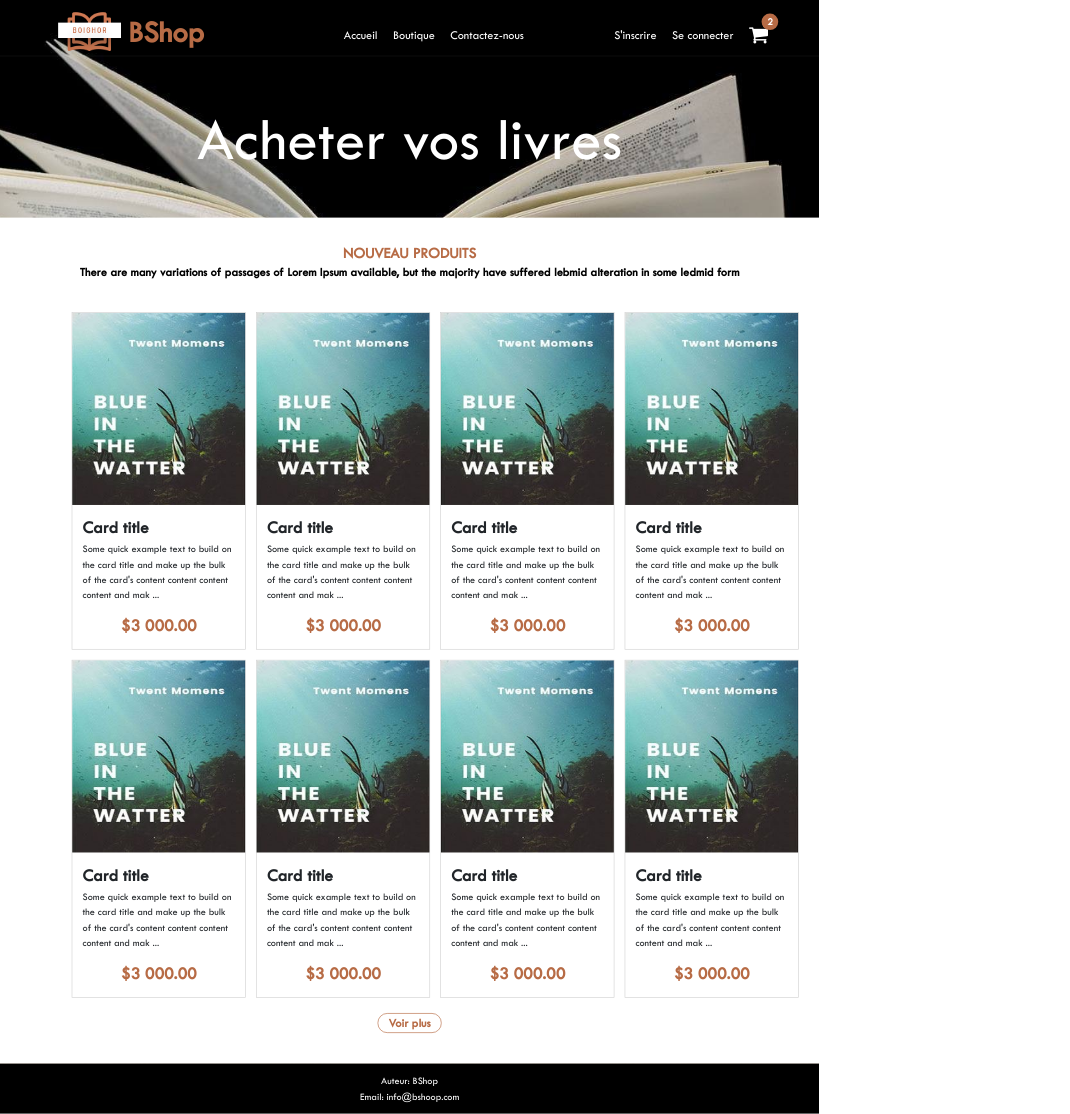
Repository: padevft/e-commerce-php
Page: http://localhost/server/pages/shop.php
These files come from the project's save history. The page is drawn as it stood at one moment and after the next save; the edit follows.
The browser window is 1280 px wide. The page is 1280 px wide, then 1672 px, so the pictures cover 1672 px, including what lies to the right of the window. The pictures show the whole page, at 64% of full size.
The page is run by PHP 8.4 with error messages shown; the project is at /var/www/html/.

Above is the page before, as saved 2023-09-18 10:56:45.

### server/pages/shop.php
<?php
require_once('../includes/utilitaires.inc.php');
?>
<!DOCTYPE html>
<html lang="en">

<head>
  <meta charset="UTF-8" />
  <meta name="viewport" content="width=device-width, initial-scale=1.0" />
  <title>Boutique en ligne</title>
  <link rel="stylesheet" href="../../client/css/styles.css">
  <link rel="stylesheet" href="../../client/utilitaires/bootstrap/css/bootstrap.min.css">
  <link rel="stylesheet" href="../../client/utilitaires/font-awesome-4.7.0/css/font-awesome.min.css">

</head>

<body>
  <div class="container-app">
    <?php
    require_once('../includes/header.inc.php');
    ?>
    <main>
      <div class="d-flex align-items-center justify-content-center pt-5 container-intro">
        <span class="text-intro">
          Acheter vos livres
        </span>
      </div>
      <div class="container-products">
        <div class="d-flex flex-column align-items-center justify-content-center gap-2">
          <span class="text-intro-1"> NOUVEAU PRODUITS</span>
          <span class="text-intro-2">There are many variations of passages of Lorem Ipsum available, but the majority have suffered lebmid alteration in some ledmid form
          </span>
        </div>
        <?php
        $products = getProducts();
        ?>
        <div class="content-products">
          <div class="grid-products">
            <?php foreach ($products as $product) : ?>
              <?= getHtmlProucut($product) ?>
            <?php endforeach; ?>
          </div>
        </div>
        <div class="d-flex align-items-center justify-content-center pt-4">
          <a href="./index.php" class="view-plus px-3">Voir plus</a>
        </div>
      </div>
  </div>
  </main>
  <?php
  require_once('../includes/footer.inc.php');
  ?>
  <script src="../../client/utilitaires/Jquery/jquery-3.6.0.min.js"></script>
  <script src="../../client/utilitaires/bootstrap/js/bootstrap.min.js"></script>
</body>

</html>

### server/includes/utilitaires.inc.php
<?php

function getProducts()
{
    $liste = array();
    $liste[0] = 1;
    $liste[1] = 1;
    $liste[2] = 1;
    $liste[3] = 1;
    $liste[4] = 1;
    $liste[5] = 1;
    $liste[6] = 1;
    $liste[7] = 1;
    return $liste;
}

$des = 'Some quick example text to build on the card title and make up the bulk of the card\'s content content content content and make up the bulk of the card and make up the bulk of the card and make up the bulk of the card. ';


function getSubDescription($inputString)
{
    if (strlen($inputString) <= 125) {
        return $inputString;
    }
    $result = substr($inputString, 0, 125) . ' ...';
    return $result;
}

function formatPrice($price)
{
    return number_format($price, 2, '.', ' ');
}

function getURL()
{
    if (isset($_SERVER['HTTPS']) && $_SERVER['HTTPS'] === 'on') {
        // La connexion est sécurisée via HTTPS
        $protocole = 'https://';
    } else {
        // La connexion n'est pas sécurisée, utilisez HTTP
        $protocole = 'http://';
    }
    $url = $protocole . $_SERVER['SERVER_NAME'] . ':' . $_SERVER['SERVER_PORT'] . '/shop-online';
    return $url;
}


function getHtmlProucut($product)
{
    global $des;
    $html = <<<HTML
    <div class="card position-relative item-product">
    HTML;
    $html .= '<img src="' . getURL() . '/client/images/p-3.jpg" alt="...">';
    $html .= '<div class="card-body">
            <span class="card-title title-product">Card title</span>';
    $html .= '<p class="card-text text-des">' . getSubDescription($des) . '</p>';
    $html .= '<div class="d-flex justify-content-center"><span class="text-price">$' . formatPrice(3000) . '</span></div>';
    $html .= <<<HTML
        </div>
        <div class="hover-product">
            <div class="options">
                <div class="icons-options">
                    <a href="#" class="icon">
                        <i class="fa fa-shopping-cart"></i>
                    </a>
                    <a href="#" class="icon">
                        <i class="fa fa-eye"></i>
                    </a>
                </div>
            </div>
        </div>
    </div>
    HTML;

    return $html;
}

### server/includes/header.inc.php
<header>
    <nav class="container-nav">
        <div class="row align-items-center">
            <div class="col-12 col-sm-4">
                <div class="d-flex flex-row align-items-center">
                    <a class="container-logo" href="./index.html">
                        <img src="<?= getURL() ?>/client/images/logo.png" />

                    </a>
                    <span class="text-logo">BShop</span>
                </div>
            </div>
            <div class="col-md-4">
                <div class="container-menu mt-2">
                    <ul class="d-flex flex-row align-items-center justify-content-end gap-4 menu">
                        <li><a href="<?= getURL() ?>/index.php" class="menu-item">Accueil</a></li>
                        <li><a href="<?= getURL() ?>/server/pages/shop.php" class="menu-item">Boutique</a></li>
                        <li><a href="<?= getURL() ?>/server/pages/shop.php" class="menu-item">Contactez-nous</a></li>
                    </ul>
                </div>
            </div>
            <div class="col-6 col-md-4">
                <div class="d-flex align-items-center gap-4 justify-content-end mt-2">
                    <div class="container-menu">
                        <ul class="d-flex align-items-center gap-4 menu">
                            <li> <a href="./index.html" class="menu-item">S'inscrire</a></li>
                            <li> <a href="./index.html" class="menu-item">Se connecter</a></li>
                        </ul>

                    </div>
                    <div class="position-relative container-shopping-cart">
                        <span><i class="fa fa-shopping-cart shopping-cart"></i></span>
                        <span class="position-absolute number-product">2</span>
                    </div>
                </div>

            </div>

        </div>
    </nav>
</header>

### server/includes/footer.inc.php
<footer>
    <div class="container-footer">
        <span>Auteur: BShop</span>
        <span>Email: info@bshoop.com</span>
    </div>

</footer>

### client/css/styles.css
/* var text-decoration */
@font-face {
  font-family: myfont;
  src: url(../utilitaires/fonts/ufonts.com_tw-cen-mt.ttf);
}

:root {
  --color-primary: #b76b45;
  --color-white-1: #fff;
  --color-bg-1: rgba(0, 0, 0, 0.366);
}

* {
  transition: all 0.5s ease;
}

body {
  font-family: myfont !important;
}
h1 {
  display: inline-flex;
  position: relative;
  cursor: pointer;
}

a {
  color: unset;
  outline: unset;
  text-decoration: none !important;
}

.container-app {
  background-image: url("../images/bg.jpg");
  background-repeat: no-repeat;
  background-size: cover;
  background-position: center;
}
ul {
  list-style-type: none; /* Retire les puces */
}

/*

****************************
Header
****************************

*/

header {
  padding-top: 15px;
  padding-bottom: 10px;
}

header ul {
  margin: 0 !important;
}
.container-nav {
  padding: 0 5rem;
  border-bottom: 1px solid rgba(255, 255, 255, 0.1);
}
.container-logo {
  width: 120px;
  height: 65px;
}
.container-logo img {
  width: 100%;
  height: 100%;
}
.text-logo {
  font-size: 3rem;
  font-weight: bold;
  color: var(--color-primary);
}
.menu-item {
  display: inline;
  position: relative;
  color: var(--color-white-1);
  padding-bottom: 5px;
  font-size: 1.2rem;
}

.menu-item:hover {
  color: var(--color-primary);
}
.menu-item::before {
  content: "";
  position: absolute;
  bottom: 0;
  left: 0;
  background: var(--color-primary);
  height: 2.5px;
  opacity: 1;
  visibility: visible;
  width: 0;
  -webkit-transition: 0.4s all ease-out;
  -o-transition: 0.4s all ease-out;
  transition: 0.4s all ease-out;
}
.menu-item:hover:before {
  width: 100%;
}

.number-product {
  bottom: 25px;
  font-weight: bold;
  color: var(--color-white-1);
  font-size: 1rem;
  height: 26px;
  line-height: 17px;
  width: 26px;
  background: var(--color-primary) none repeat scroll 0 0;
  border-radius: 100px;
  display: flex;
  justify-content: center;
  align-items: center;
  left: 20px;
}

.shopping-cart {
  color: var(--color-white-1);
  font-size: 2rem !important;
}
.container-shopping-cart:hover .shopping-cart {
  color: var(--color-primary);
  cursor: pointer;
  transform: scale(0.8);
}
.container-shopping-cart:hover .number-product {
  transform: scale(1.7);
  color: var(--color-primary);
  background: var(--color-white-1) none repeat scroll 0 0;
}
.text-intro {
  font-size: 6rem;
  color: var(--color-white-1);
}

/*

****************************
Main
****************************

*/

.container-intro {
  padding: 50px 0;
}
.container-products {
  background-color: var(--color-white-1);
  padding: 3rem 1rem;
}
.content-products,.content-intro {
  padding: 0 6rem;
}
.text-intro-1 {
  color: var(--color-primary);
  font-size: 1.5rem;
  font-weight: 700;
  line-height: 15px;
}

.text-intro-2 {
  color: #000;
  font-size: 1.2rem;
  font-weight: 700;
}

.grid-products {
  display: grid;
  grid-template-columns: repeat(4, 1fr);
  grid-gap: 1rem;
  padding-top: 3rem;
}

.item-product {
  cursor: pointer;
  width: 17rem;
  /* border: unset !important; */
  border-radius: unset !important;
}

.item-product .img-product {
  width: 100%;
  /* border-radius: 15px; */
}

.hover-product {
  width: 100%;
  height: 100%;
  background-color: var(--color-bg-1);
  position: absolute;
  left: 0;
  top: 0;
  /* border-radius: 0.375rem; */
  display: flex;
  justify-content: center;
  align-items: center;
  flex-direction: row;
  opacity: 0;
  transform: scale(0);
  transition: all 0.5s ease-in-out;
}

.item-product:hover .hover-product {
  opacity: 1;
  transform: scale(1);
}
.item-product img {
  width: 100%;
  height: 300px;
}

.hover-product span {
  color: white;
  font-weight: 500;
}

.title-product {
  font-weight: 800;
  font-size: 1.7rem !important;
}
.text-des {
  font-weight: 550;
}
.text-price {
  color: var(--color-primary);
  font-size: 1.7rem;
  font-weight: bold;
}
.options {
  transform: scaleX(0);
  transform-origin: top;
  transition: all 0.7s ease-in-out;
}

.item-product:hover .options {
  transform: scaleX(1);
}
.icons-options {
  display: flex;
  align-items: center;
  justify-content: center;
}

.icon {
  background-color: var(--color-primary);
  border-radius: 50%;
  width: 45px;
  height: 45px;
  display: flex;
  align-items: center;
  justify-content: center;
  margin: 0 1rem;
  cursor: pointer;
  transition: all 0.7s ease-in-out;
}

.icon:hover {
  background-color: var(--color-white-1);
}

.icon i {
  color: var(--color-white-1);
  font-size: 1.2rem;
}

.icon:hover i {
  color: var(--color-primary);
}

.view-plus{
  border: 1px solid var(--color-primary);
  color: var(--color-primary);
  background-color: var(--color-white-1);
  font-weight: 600;
  font-size: 1.2rem;
  border-radius: 15px;
  transition: all 0.7s cubic-bezier(0.68, -0.55, 0.265, 1.55);
}

.view-plus:hover{
  background-color: var(--color-primary);
  color: var(--color-white-1);
}


/*

****************************
footer
****************************

*/

footer {
  background-color: var(--color-white-1);
}
.container-footer {
  background-color: #000;
  display: flex;
  flex-direction: column;
  justify-content: center;
  align-items: center;
  padding: 15px 0;
}
.container-footer span {
  color: var(--color-white-1);
}

Loaded but not shown: client/utilitaires/bootstrap/css/bootstrap.min.css (library); client/utilitaires/font-awesome-4.7.0/css/font-awesome.min.css (library); client/utilitaires/Jquery/jquery-3.6.0.min.js (library); client/utilitaires/bootstrap/js/bootstrap.min.js (library)

After the next save:
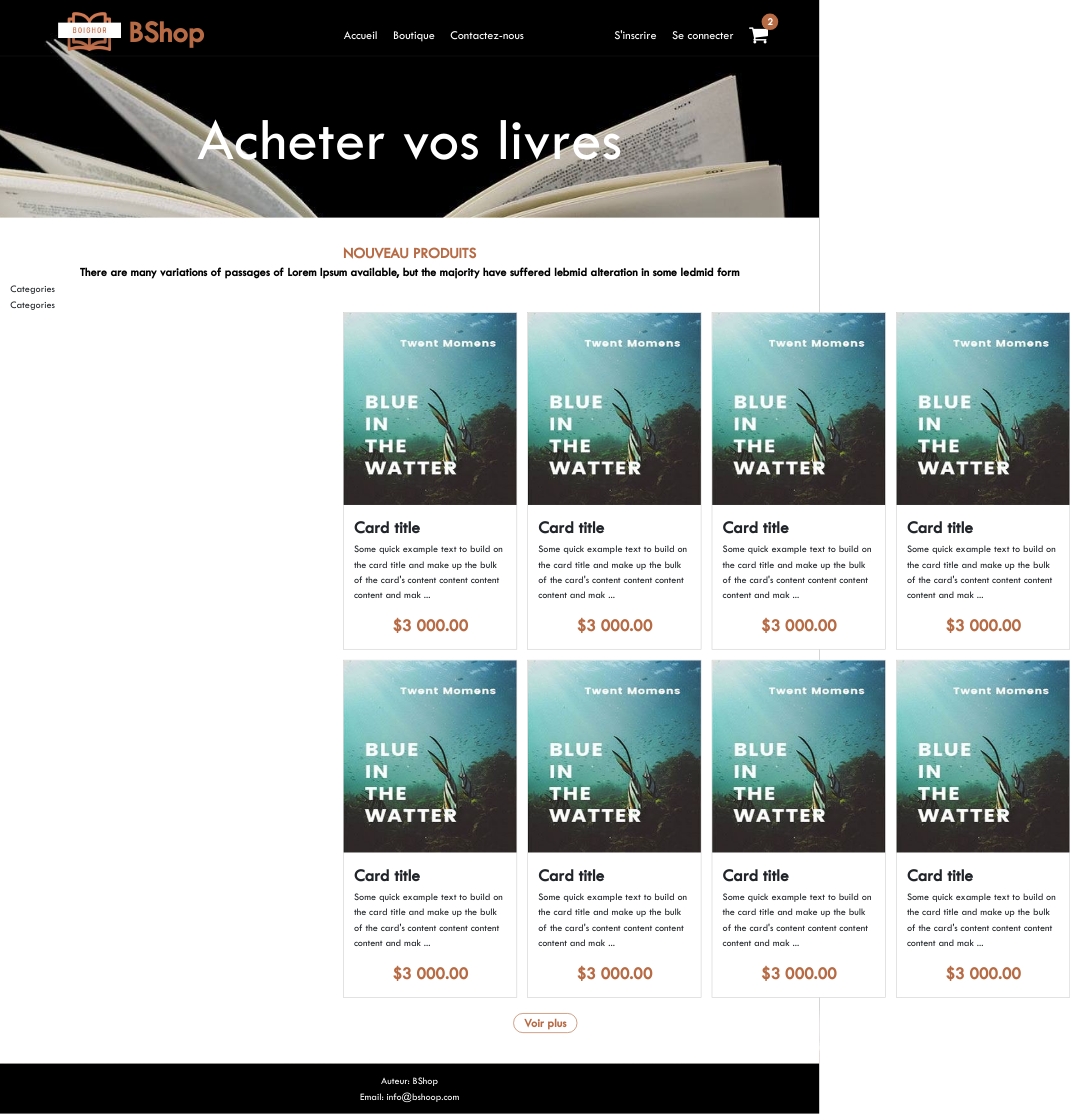
Saved 33 s later.
--- a/server/pages/shop.php
+++ b/server/pages/shop.php
@@ -34,15 +34,23 @@ require_once('../includes/utilitaires.inc.php');
         <?php
         $products = getProducts();
         ?>
-        <div class="content-products">
-          <div class="grid-products">
-            <?php foreach ($products as $product) : ?>
-              <?= getHtmlProucut($product) ?>
-            <?php endforeach; ?>
+        <div class="row">
+          <div class="col-md-4">
+            <div><span>Categories</span></div>
+            <div><span>Categories</span></div>
           </div>
-        </div>
-        <div class="d-flex align-items-center justify-content-center pt-4">
-          <a href="./index.php" class="view-plus px-3">Voir plus</a>
+          <div class="col-md-8">
+            <div class="content-products">
+              <div class="grid-products">
+                <?php foreach ($products as $product) : ?>
+                  <?= getHtmlProucut($product) ?>
+                <?php endforeach; ?>
+              </div>
+            </div>
+            <div class="d-flex align-items-center justify-content-center pt-4">
+              <a href="./index.php" class="view-plus px-3">Voir plus</a>
+            </div>
+          </div>
         </div>
       </div>
   </div>
